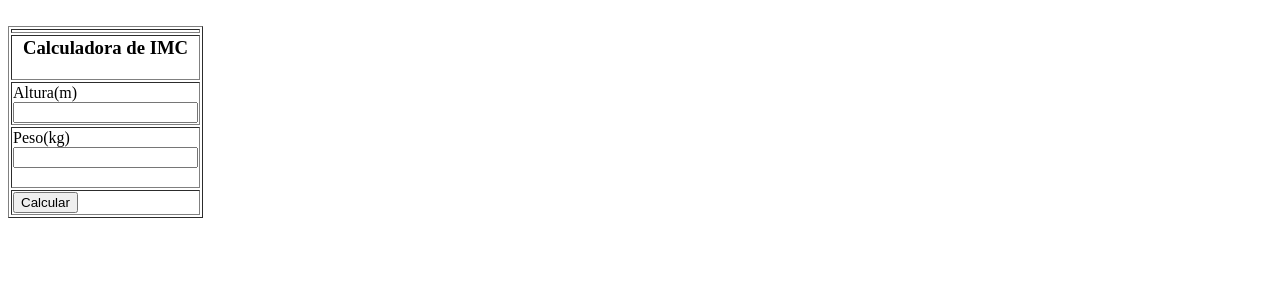
Repository: Patriciamativi/Projetos
Page: tabela.html
The author's editor kept a copy of each file at every save. The page is drawn from the files as they stood at one save, then again after a run of saves.
The browser window is 1280 px wide. The pictures show the whole page.

Above is the page before, as saved 2022-11-17 21:12:14.

### tabela.html
<html>
    <head>
        <title>Calculadora de IMC</title>
        <meta charset="utf-8"/>
    </head>
<table border="1">
    <br>
    <tr><td>
        <img src=""
    </td>
        <tr>
            <th><h3>Calculadora de IMC</h3></th>

        <tr><td>Altura(m)<br/>
            <input type: "number" ></br></td></tr>

        <tr><td>Peso(kg)<br/>
            <input type: "number" > </br></br></td></tr>

        <tr><td><input type= "submit" value="Calcular"></td></tr>
   </tr>
    </form>
    </table>
</body>
</html>

After the next 3 saves:
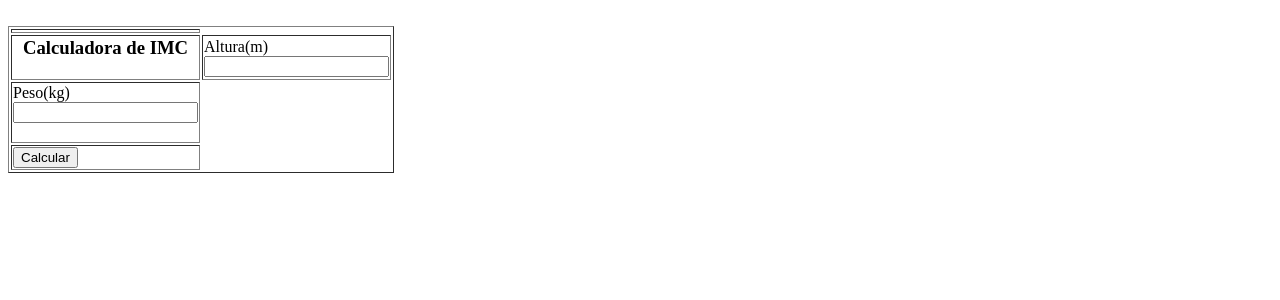
The 3 saves are shown as one change because they came seconds apart.
The last was saved 10 s later.
--- a/tabela.html
+++ b/tabela.html
@@ -11,11 +11,11 @@
         <tr>
             <th><h3>Calculadora de IMC</h3></th>
 
-        <tr><td>Altura(m)<br/>
-            <input type: "number" ></br></td></tr>
+        <td>Altura(m)<br/>
+            <input type: "number" ></br></td>
 
         <tr><td>Peso(kg)<br/>
-            <input type: "number" > </br></br></td></tr>
+            <input type: "number" > </br></br></td>
 
         <tr><td><input type= "submit" value="Calcular"></td></tr>
    </tr>
